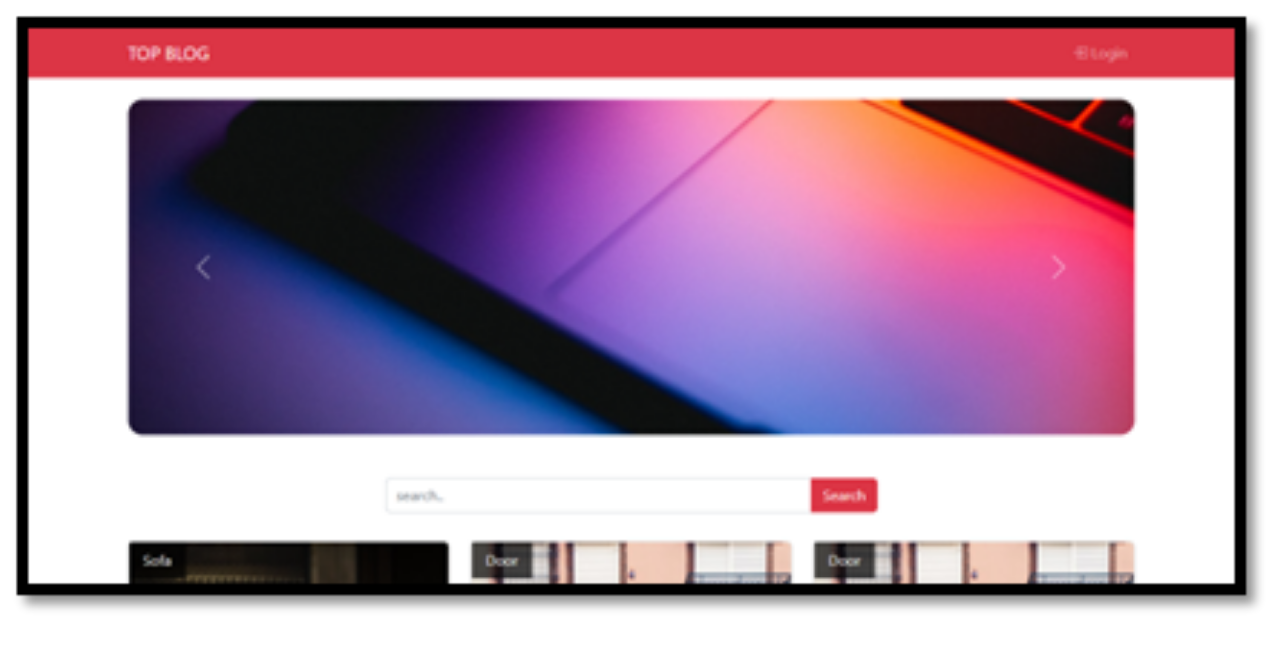
Repository: asyrofuddien/Meubel_Store
Page: http://localhost/setik
An editor plug-in stored every save of this project. The page is shown before and after the next save, followed by the edit.
The browser window is 1280 px wide. The pictures show the whole page.
The page is served by the project's Laravel application, run on PHP 8.4 with Laravel 8.

Above is the page before, as saved 2023-08-08 20:29:15.

After the next save:
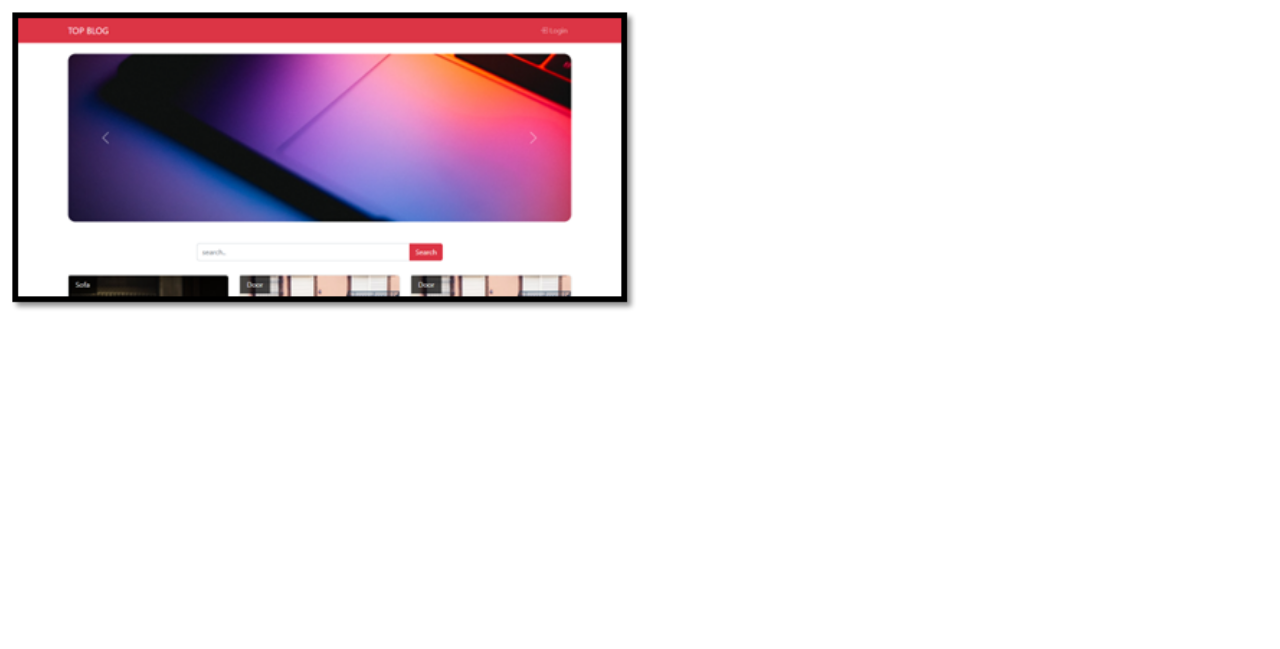
Saved 72 s later.
--- a/resources/views/setik.blade.php
+++ b/resources/views/setik.blade.php
@@ -7,6 +7,6 @@
     <title>Setik</title>
 </head>
 <body>
-    <img src="/images/Picture1.png" alt="" style="width: 100%">
+    <img src="/images/Picture1.png" alt="" style="width: 50%">
 </body>
 </html>
